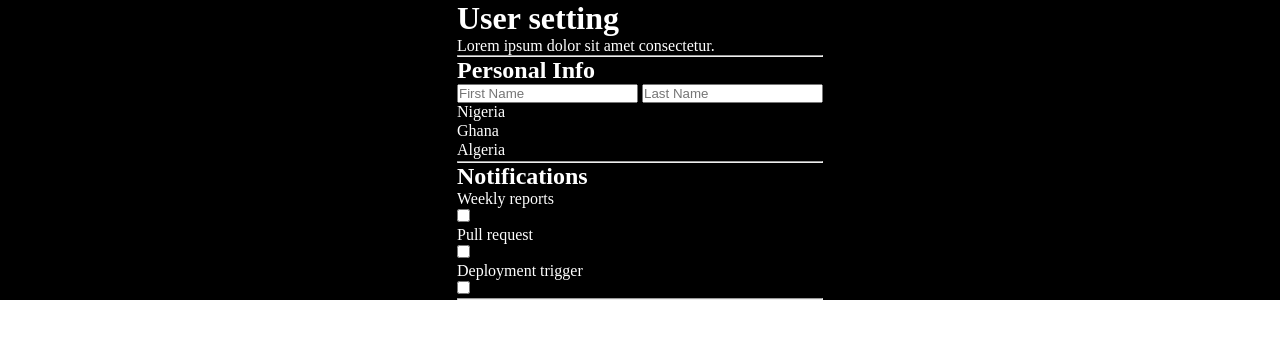
Repository: imokha01/DOM
Page: index.html
The author's editor kept a copy of each file at every save. The page is drawn from the files as they stood at one save, then again after the next save.
The browser window is 1280 px wide. The pictures show the whole page.

Above is the page before, as saved 2023-12-19 17:13:36.

After the next save:
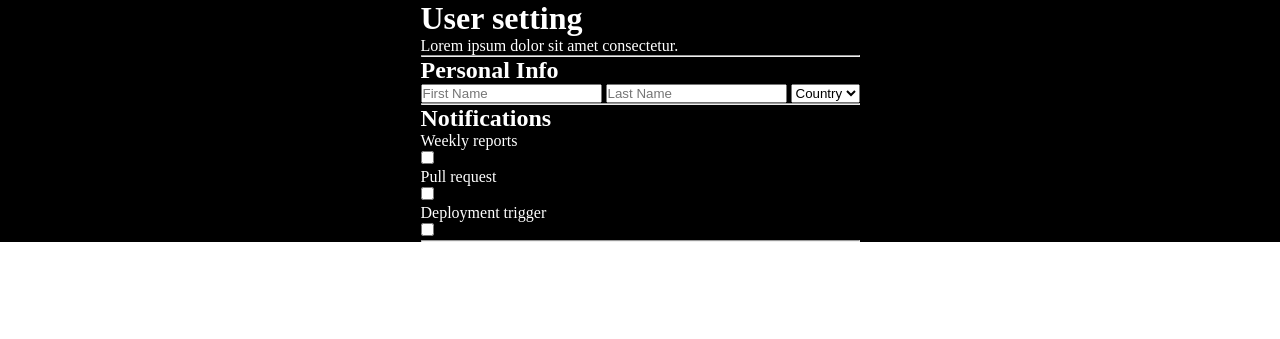
Saved 42 s later.
--- a/index.html
+++ b/index.html
@@ -18,12 +18,12 @@
         <h2>Personal Info</h2>
         <input type="text" class="firstName" placeholder="First Name">
         <input type="text" class="lastName" placeholder="Last Name">
-        <section>
+        <select>
             <option value="country" disabled hidden selected>Country</option>
             <option value="Nigeria">Nigeria</option>
             <option value="ghana">Ghana</option>
             <option value="algeria">Algeria</option>
-        </section>
+        </select>
         <hr>
         <div>
           <h2>Notifications</h2>
